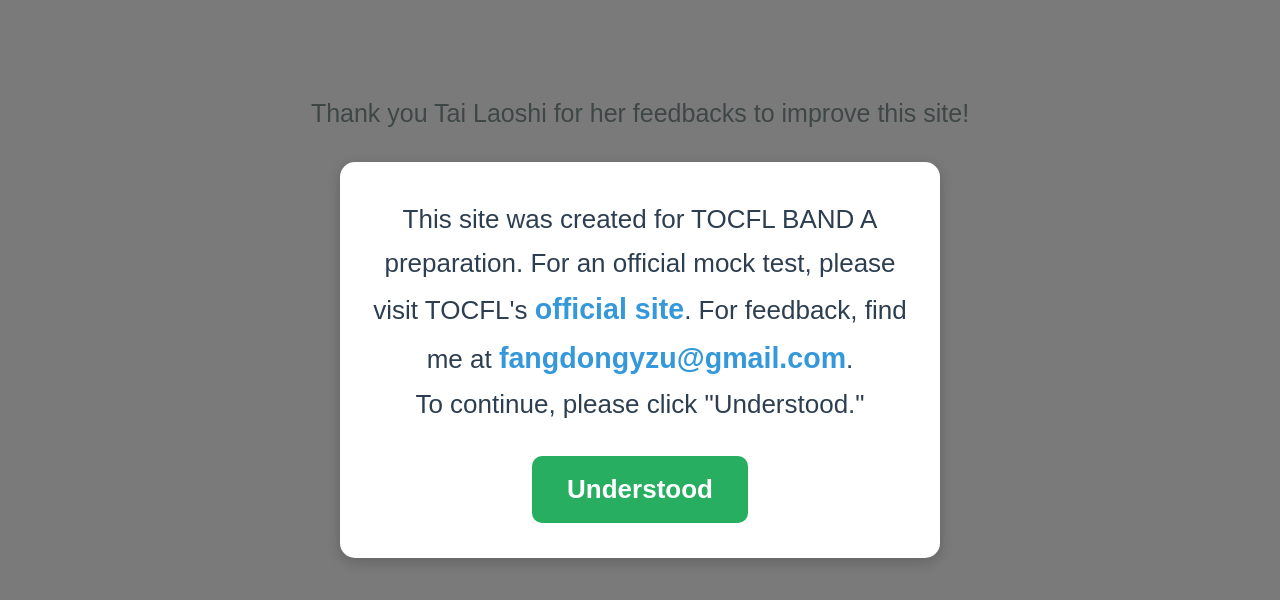
Repository: fangdongyzu/tocflmock
Page: index.html
An editor plug-in stored every save of this project. The page is shown before and after the next save, followed by the edit.
The browser window is 1280 px wide. The pictures show the whole page.

Above is the page before, as saved 2025-12-23 16:56:47.

After the next save:
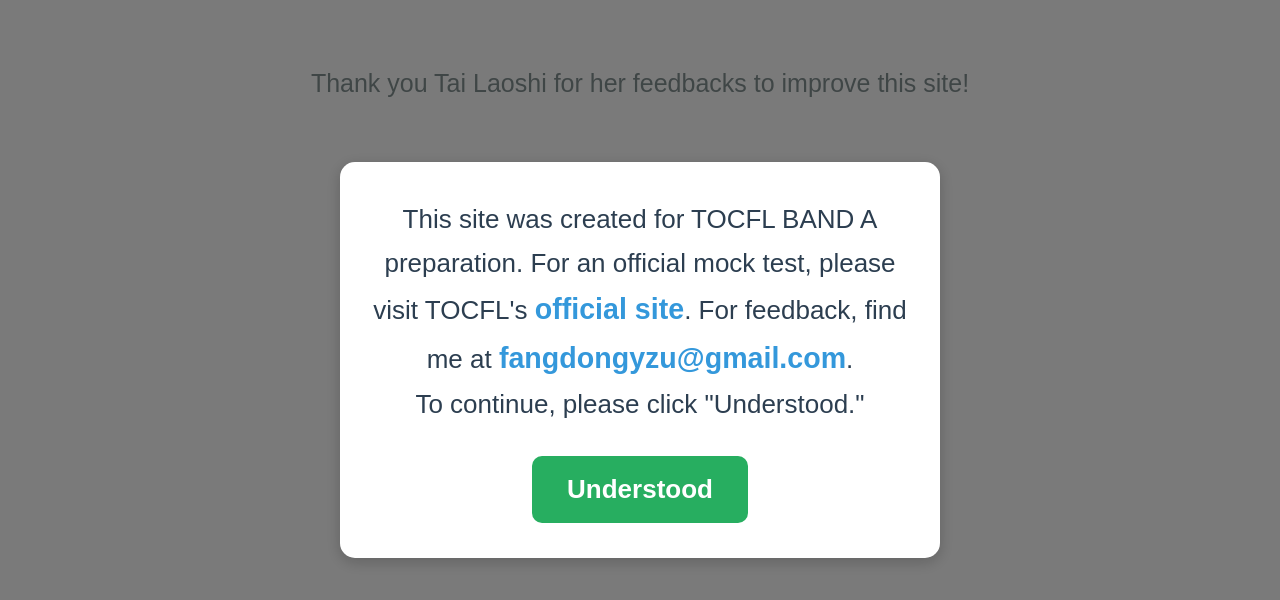
Saved 4 s later.
--- a/styles.css
+++ b/styles.css
@@ -465,7 +465,7 @@
 /* Footer Styling */
 footer {
     text-align: center;
-    margin-top: 30px;      /* Creates space between content and footer */
+    margin-top: 0px;      /* Creates space between content and footer */
     margin-bottom: 20px;
     padding: 25px 20px;
 
